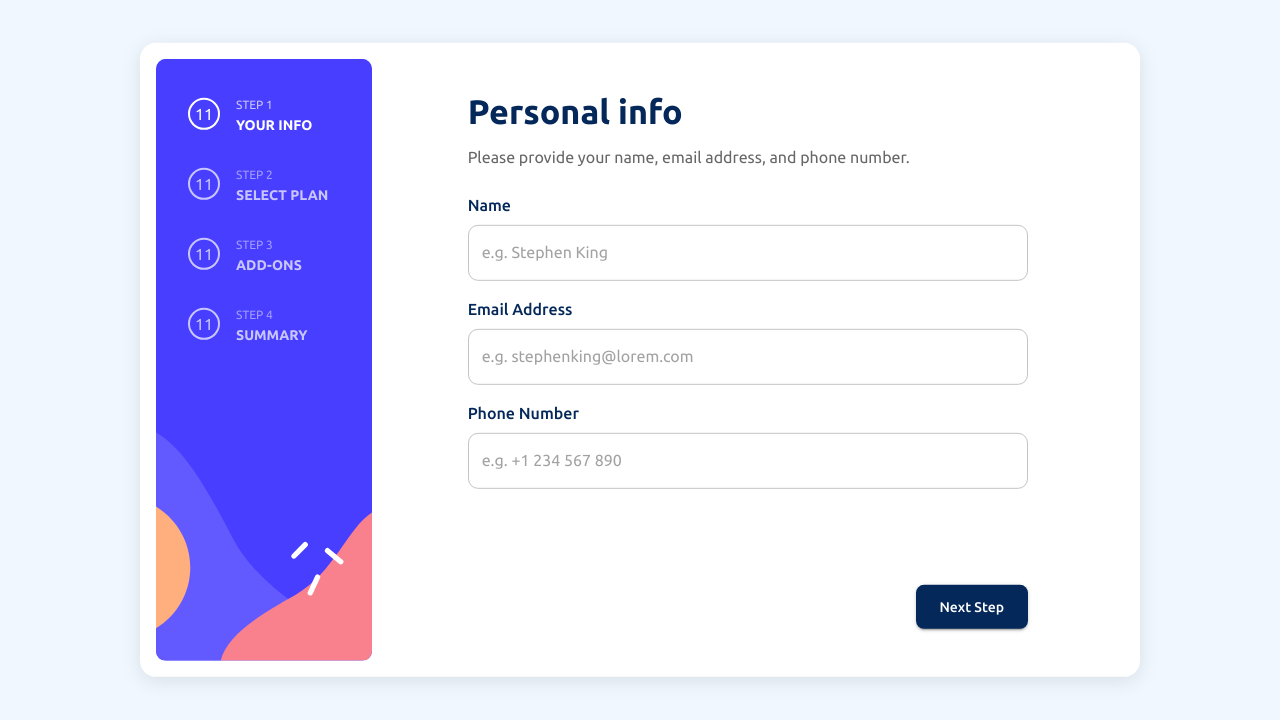
Repository: ozerrrs/chalange7days
Page: / (app in 7dayschalange/7dayschallange/)
An editor plug-in stored every save of this project. The page is shown before and after the next save, followed by the edit.
The browser window is 1280 px wide. The pictures show the whole page.
The project was rebuilt for these pictures with package versions that can differ from the ones it lists, and the page was loaded fresh each time. Also part of the build but not shown: 7dayschalange/7dayschallange/vite.config.js.

Above is the page before, as saved 2025-03-05 14:42:18.

After the next save:
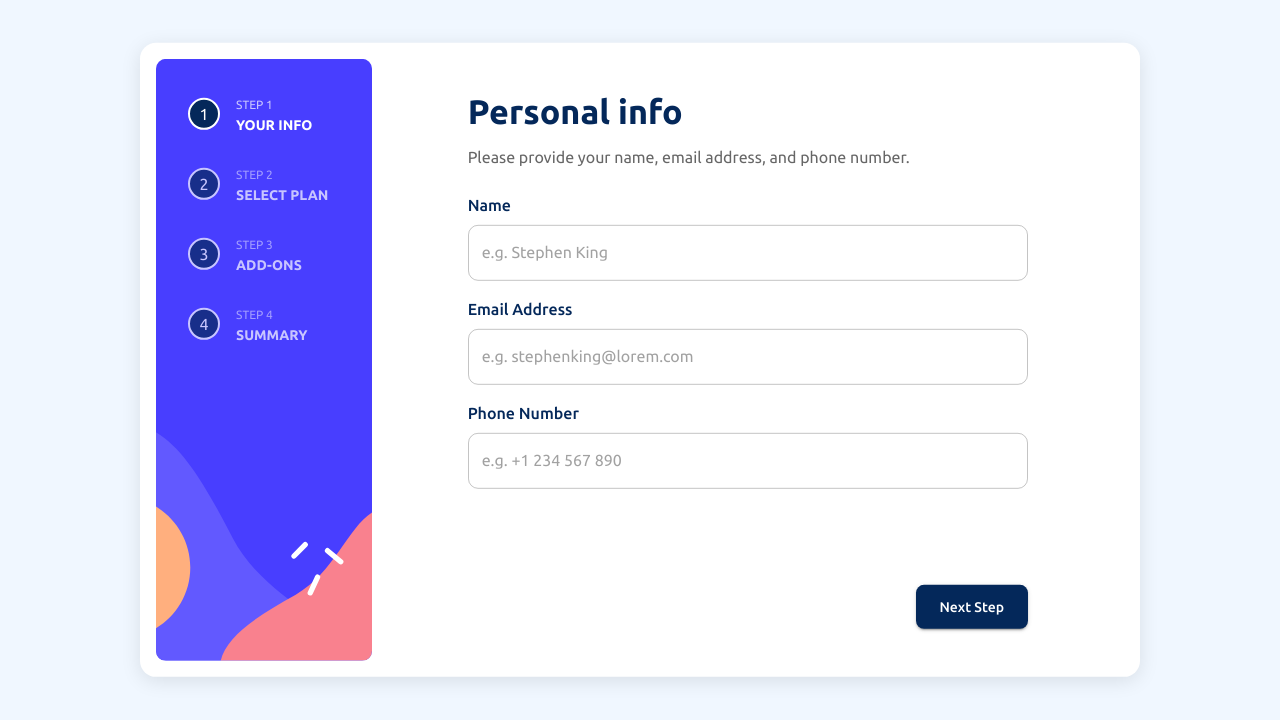
Saved 33 s later.
--- a/7dayschalange/7dayschallange/src/pages/firstPage.jsx
+++ b/7dayschalange/7dayschallange/src/pages/firstPage.jsx
@@ -79,6 +79,7 @@ const StepNumber = styled(Box)(({ theme }) => ({
   alignItems: "center",
   justifyContent: "center",
   marginRight: theme.spacing(2),
+  backgroundColor: "#04285a",
 }));
 
 const StepItem = styled(Box)(({ theme, active }) => ({
@@ -299,7 +300,7 @@ function MultiStepForm() {
         <Box sx={{ position: "relative", zIndex: 1 }}>
           {steps.map((step, index) => (
             <StepItem key={index} active={activeStep === index}>
-              <StepNumber>{11}</StepNumber>
+              <StepNumber>{index + 1}</StepNumber>
               <Box>
                 <Typography variant="caption" sx={{ opacity: 0.7 }}>
                   STEP {index + 1}
